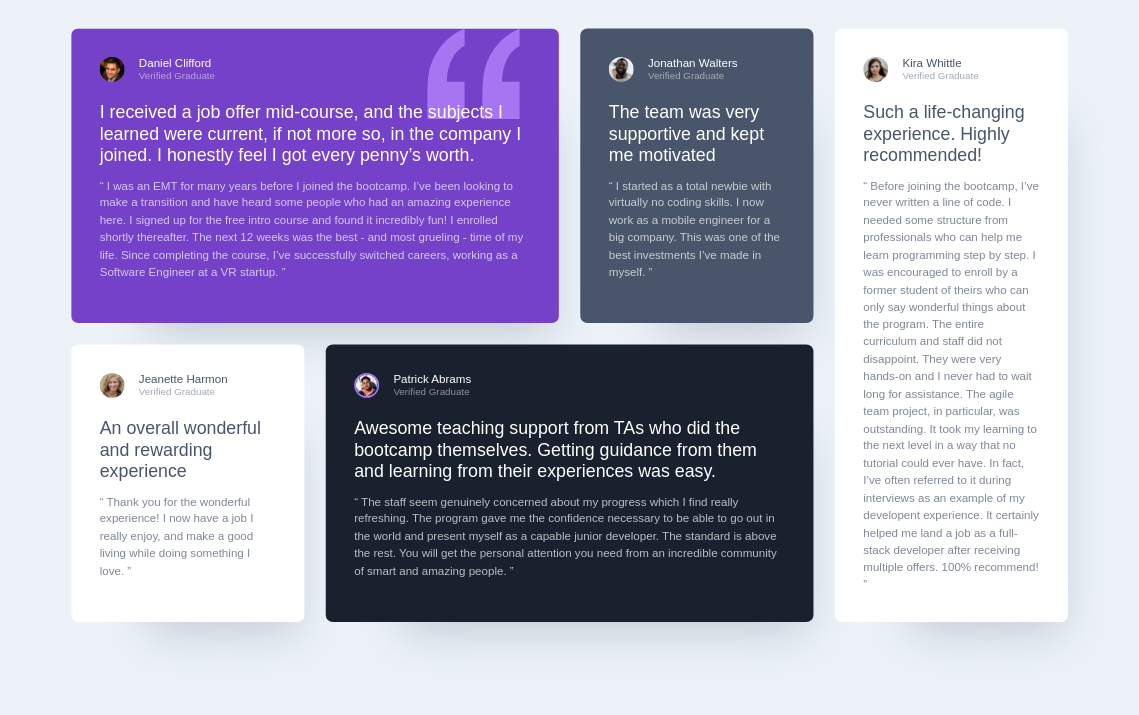
Repository: Imprasna/Grid_template
Page: index.html
The author's editor kept a copy of each file at every save. The page is drawn from the files as they stood at one save, then again after a run of saves.
The browser window is 1280 px wide. The pictures show the whole page, at 89% of full size.

Above is the page before, as saved 2021-11-28 13:09:23.

After the next 2 saves:
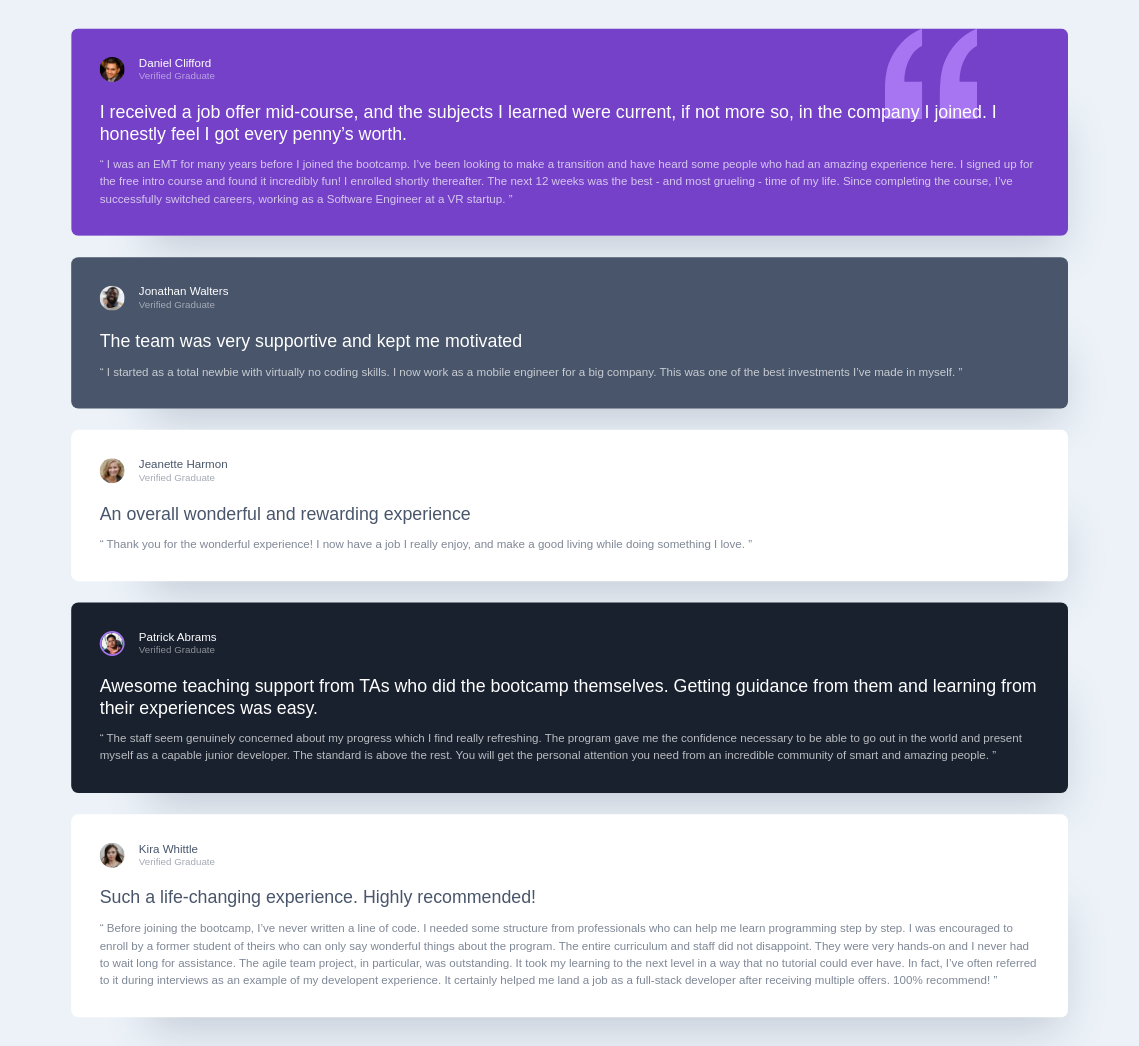
The 2 saves are shown as one change because they came seconds apart.
The last was saved 7 s later.
--- a/style.css
+++ b/style.css
@@ -159,7 +159,9 @@
 
   }
 
-  @media (min-width: 50em) {
+
+
+  /* @media (min-width: 50em) {
 
     .testimonial-grid {
         grid-template-columns: repeat(4, 1fr);
@@ -174,7 +176,7 @@
         grid-row: 1/3;
     }
 
-  }
+  } */
 
 
 
